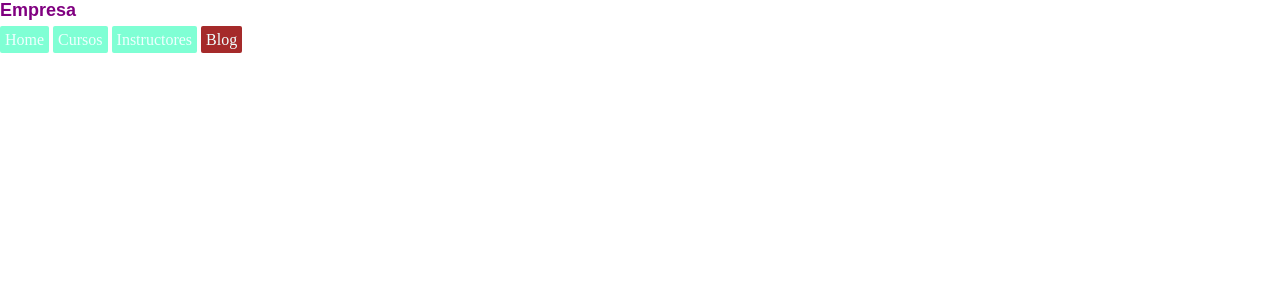
Repository: Daniel009980/daniel0099980
Page: especificidad/index.html
An editor plug-in stored every save of this project. The page is shown before and after the next save, followed by the edit.
The browser window is 1280 px wide. The pictures show the whole page.

Above is the page before, as saved 2022-09-14 22:10:31.

After the next save:
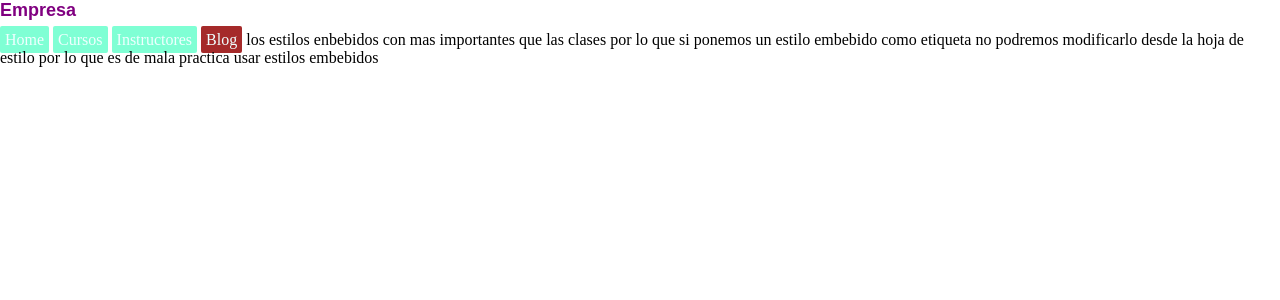
Saved 91 s later.
--- a/especificidad/index.html
+++ b/especificidad/index.html
@@ -15,7 +15,7 @@
                 <li><a href="">Home</a></li>
                 <li><a href="">Cursos</a></li>
                 <li><a href="">Instructores</a></li>
-                <li><a href="" style="background-color: brown;" class="blog">Blog</a></li>
+                <li><a href="" style="background-color: brown;" class="blog">Blog</a></li>   los estilos enbebidos con mas importantes que las clases por lo que si ponemos un estilo embebido como etiqueta no podremos modificarlo desde la hoja de estilo por lo que es de mala practica usar estilos embebidos
             </ul>
         </nav>
     </header>

After the save that followed:
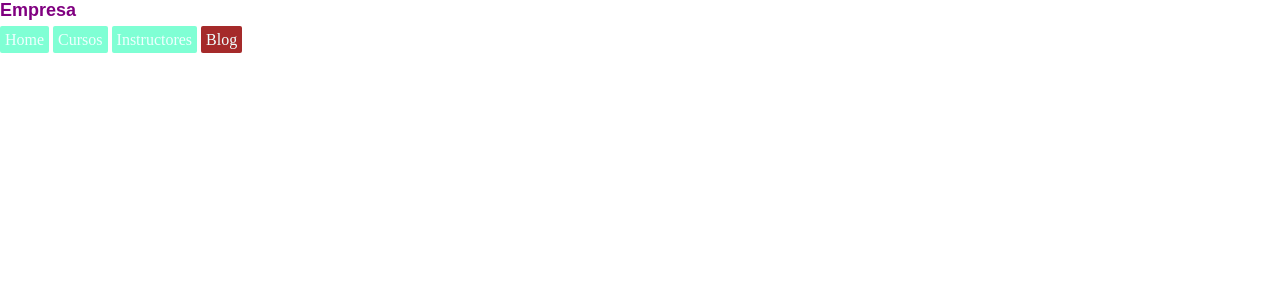
Saved 14 s later.
--- a/especificidad/index.html
+++ b/especificidad/index.html
@@ -15,7 +15,7 @@
                 <li><a href="">Home</a></li>
                 <li><a href="">Cursos</a></li>
                 <li><a href="">Instructores</a></li>
-                <li><a href="" style="background-color: brown;" class="blog">Blog</a></li>   los estilos enbebidos con mas importantes que las clases por lo que si ponemos un estilo embebido como etiqueta no podremos modificarlo desde la hoja de estilo por lo que es de mala practica usar estilos embebidos
+                <li><a href="" style="background-color: brown;" class="blog">Blog</a></li>   <!-- los estilos enbebidos con mas importantes que las clases por lo que si ponemos un estilo embebido como etiqueta no podremos modificarlo desde la hoja de estilo por lo que es de mala practica usar estilos embebidos -->
             </ul>
         </nav>
     </header>
